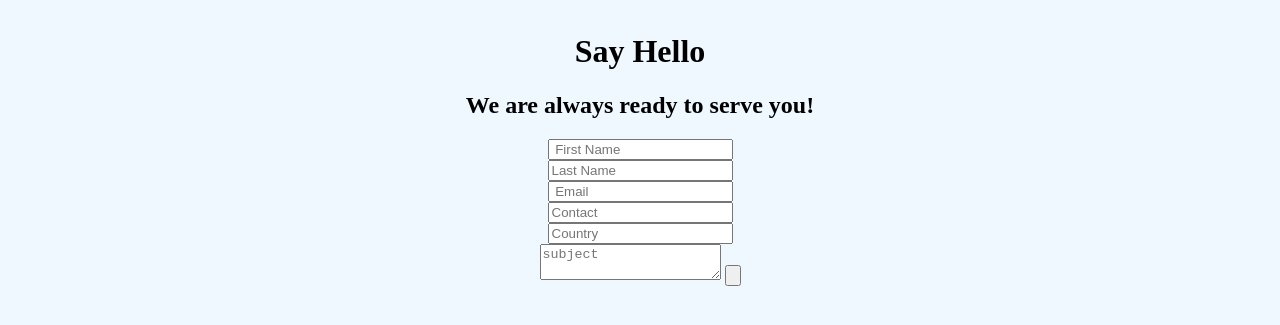
Repository: Owusuharriet/HW1-HAMAH.index.html
Page: index.htm
An editor plug-in stored every save of this project. The page is shown before and after a run of saves, followed by the edit.
The browser window is 1280 px wide. The pictures show the whole page.

Above is the page before, as saved 2020-08-03 23:04:16.

After the next 8 saves:
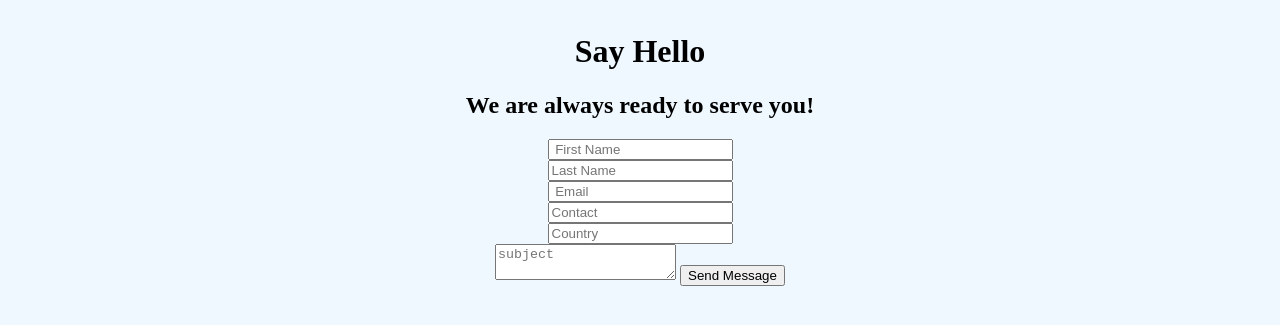
The 8 saves are shown as one change because they came seconds apart.
The last was saved 20 s later.
--- a/index.htm
+++ b/index.htm
@@ -26,7 +26,7 @@
         <br>
         <textarea name="subject" type="subject" class="form-control" placeholder="subject" required></textarea>
 
-        <input type="submit" class="form-center submit" value=""
+        <input type="submit" class="form-center submit" value="Send Message"
 
 
     </div>
